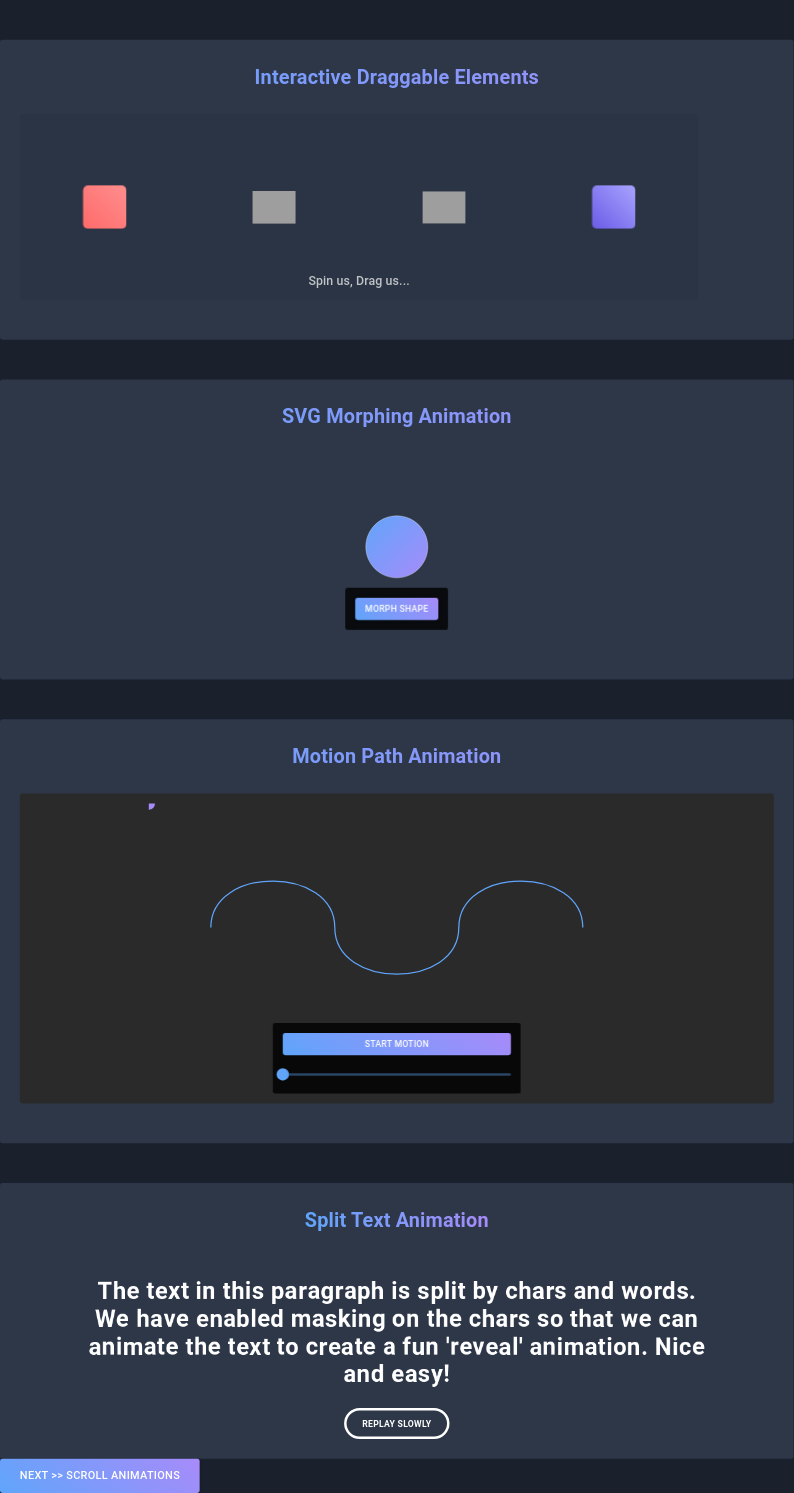
Repository: KovacsViktor/payloadcms-gsap-poc
Page: /gsap/demo
These files come from the project's save history. The page is drawn as it stood at one moment and after the next save; the edit follows.
The browser window is 1280 px wide. The pictures show the whole page, at 62% of full size.
Pictures or frames that could not be fetched are drawn as grey boxes. The project was rebuilt for these pictures with package versions that can differ from the ones it lists, and the page was loaded fresh each time. The framework's server and built-in components were replaced by stand-ins that run in the browser. Also part of the build but not shown: next.config.mjs, src/app/(frontend)/styles.css.

Above is the page before, as saved 2025-05-19 20:50:08.

After the next save:
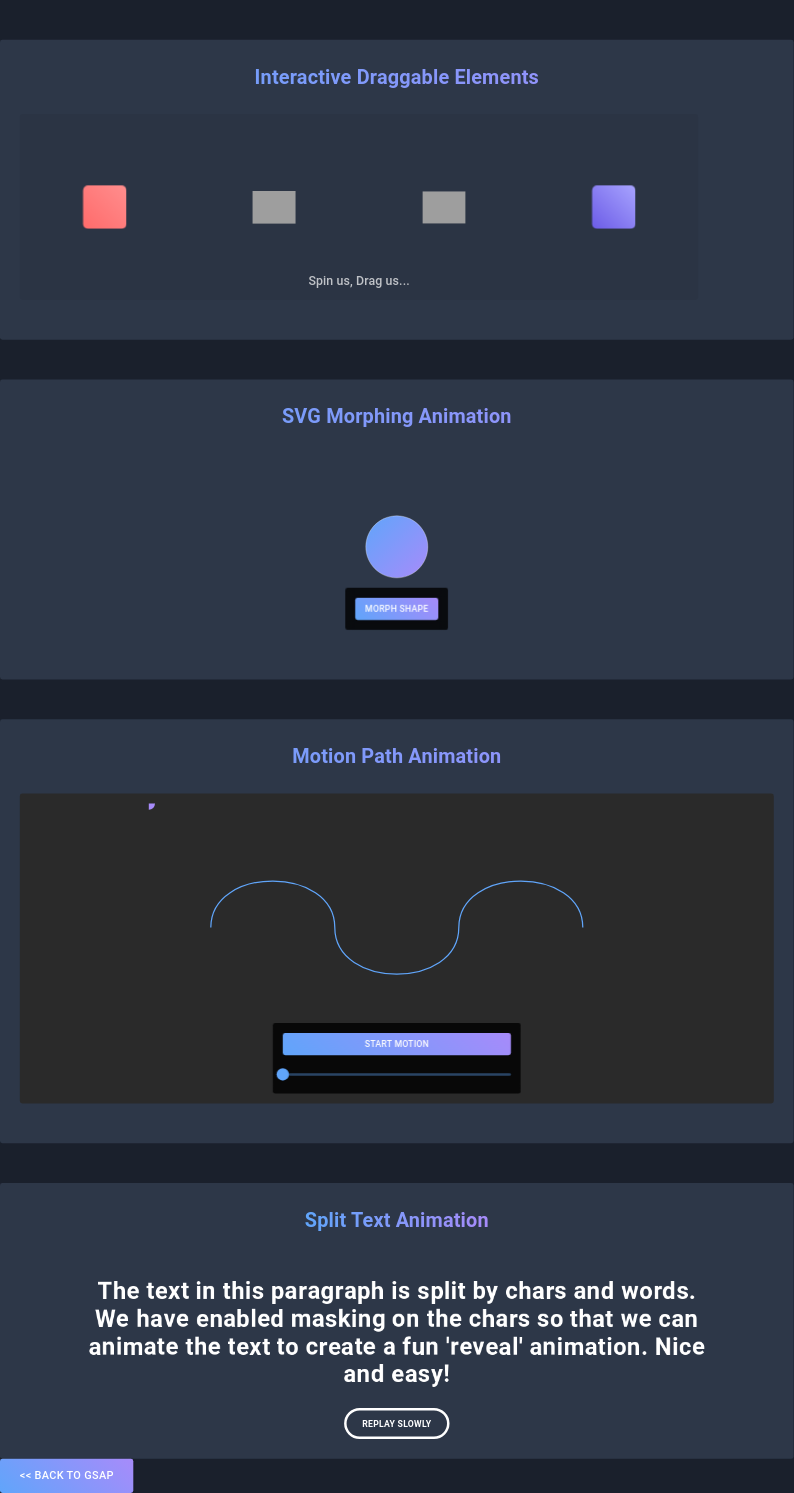
Saved 6 s later.
--- a/src/app/(frontend)/gsap/demo/GSAPSplitText.tsx
+++ b/src/app/(frontend)/gsap/demo/GSAPSplitText.tsx
@@ -149,7 +149,7 @@ export default function GSAPSplitTextDemo() {
     </PlaygroundBox>
     <NextLink href="/gsap/scroll">
       <StyledButton variant="contained">
-        Next {'>>'} Scroll Animations
+      {'<<'} Back to GSAP
       </StyledButton>
     </NextLink>
   </>
